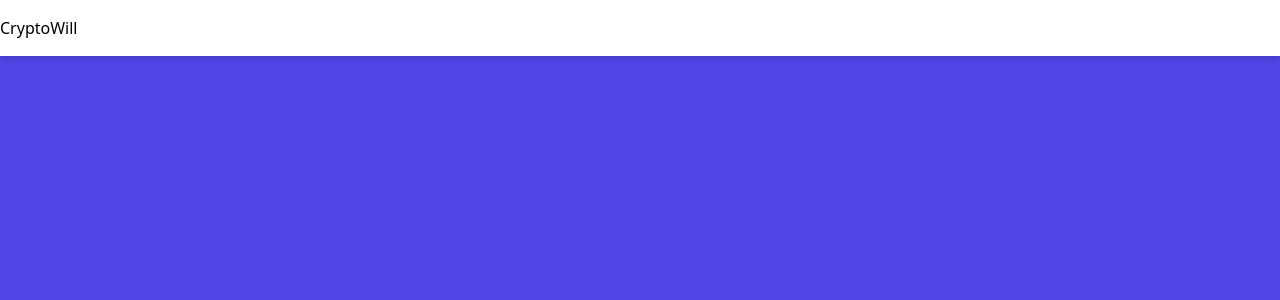
Repository: marcusdashe/anthophila
Page: /
An editor plug-in stored every save of this project. The page is shown before and after the next save, followed by the edit.
The browser window is 1280 px wide. The pictures show the whole page.
The project was rebuilt for these pictures with package versions that can differ from the ones it lists, and the page was loaded fresh each time. The framework's server and built-in components were replaced by stand-ins that run in the browser. Also part of the build but not shown: next.config.js, styles/Home.module.css.

Above is the page before, as saved 2023-02-23 17:27:01.

### pages/index.js
import Head from 'next/head'
import Image from 'next/image'
import { Inter } from '@next/font/google'
import styles from '@/styles/Home.module.css'
import { Nav } from '@/components/Nav'

const inter = Inter({ subsets: ['latin'] })

export default function Home() {
  return (
    <>
      <Head>
        <title>Cryptowill</title>
        <meta name="description" content="Generated by create next app" />
        <meta name="viewport" content="width=device-width, initial-scale=1" />
        <link rel="icon" href="/favicon.ico" />
      </Head>
      <Nav />
      <main className="bg-indigo-600 w-full h-screen">

      </main>
    </>
  )
}

### components/Nav.jsx
import React from 'react'

export const Nav = () => {
  return (
    <div className='shadow-md w-full fixed top-0 left-0'>
        <div className='md:flex bg-white py-4'>
            <div className='font-'>
                <span>
                    CryptoWill
                </span>
            </div>
        </div>
    </div>
  )
}

### tailwind.config.js
/** @type {import('tailwindcss').Config} */

module.exports = {
  content: [
    "./app/**/*.{js,ts,jsx,tsx}",
    "./pages/**/*.{js,ts,jsx,tsx}",
    "./components/**/*.{js,ts,jsx,tsx}",
  ],
  theme: {
    extend: {},
  },
  plugins: [],
}

Loaded but not shown: pages/_app.js (common file); pages/_document.js (common file); pages/api/hello.js (common file); styles/globals.css (common file)

After the next save:
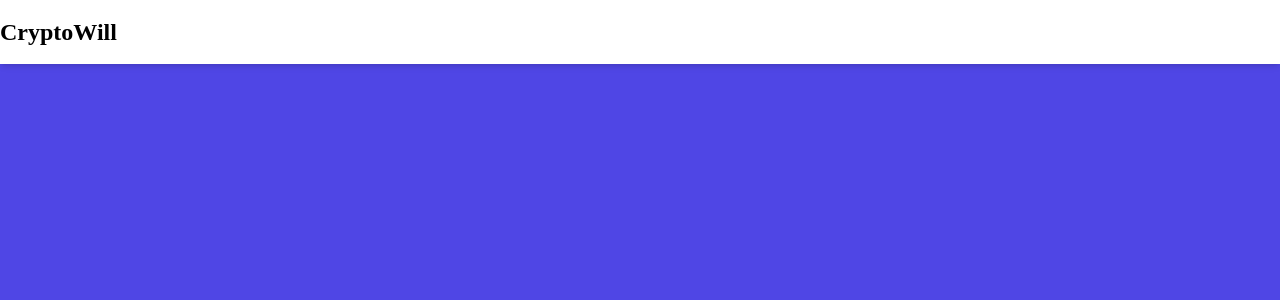
Saved 119 s later.
--- a/components/Nav.jsx
+++ b/components/Nav.jsx
@@ -4,7 +4,7 @@ export const Nav = () => {
   return (
     <div className='shadow-md w-full fixed top-0 left-0'>
         <div className='md:flex bg-white py-4'>
-            <div className='font-'>
+            <div className='font-bold text-2xl cursor-pointer flex items-center font-[Poppins]'>
                 <span>
                     CryptoWill
                 </span>
